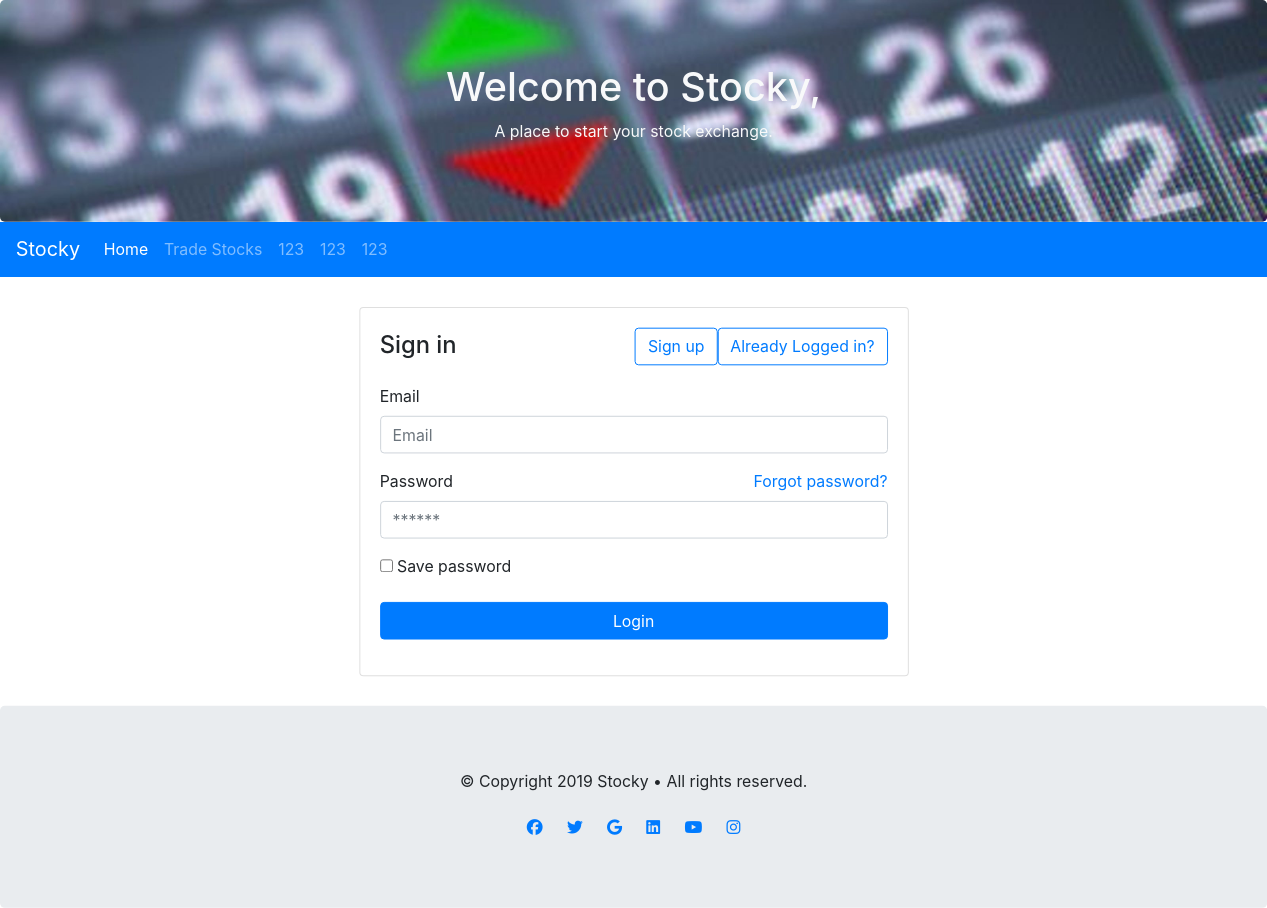
Repository: madfufuu/stocky
Page: http://localhost/stocky/
The author's editor kept a copy of each file at every save. The page is drawn from the files as they stood at one save, then again after the next save.
The browser window is 1280 px wide. The pictures show the whole page, at 99% of full size.
Some web libraries are served in a nearby version. The page is served by Tomcat 9. Nobody is signed in. The application's start-up code is not run. Other server files are loaded and not shown.

Above is the page before, as saved 2019-11-29 19:12:19.

### stocky-new-master/stocky/WebContent/index.jsp
<%@ page language="java" contentType="text/html; charset=UTF-8"
    pageEncoding="UTF-8"%>
<%@ page session="false" %>
<!DOCTYPE html>
<html lang="en">
<head>
	<!-- Required meta tags -->
    <meta charset="utf-8">
    <meta name="viewport" content="width=device-width, initial-scale=1, shrink-to-fit=no">

	<!-- Bootstrap CSS -->
	<link rel="stylesheet" href="https://stackpath.bootstrapcdn.com/bootstrap/4.3.1/css/bootstrap.min.css" integrity="sha384-ggOyR0iXCbMQv3Xipma34MD+dH/1fQ784/j6cY/iJTQUOhcWr7x9JvoRxT2MZw1T" crossorigin="anonymous">
	<link rel="stylesheet" type="text/css" href="./style.css">
	<link rel="stylesheet" href="https://cdnjs.cloudflare.com/ajax/libs/font-awesome/4.7.0/css/font-awesome.min.css">

	<title>Stocky</title>
</head>

<body>
	<div class="jumbotron text-center" style="margin-bottom:0" id="jumbotron-top">
  		<h1 class="text-light">Welcome to Stocky,</h1>
 		<p class="text-light">A place to start your stock exchange.</p>
	</div>

	<nav class="navbar navbar-expand-lg navbar-dark bg-primary sticky-top">
  		<a class="navbar-brand" href="index.jsp">Stocky</a>
  		<button class="navbar-toggler" type="button" data-toggle="collapse" data-target="#navbarSupportedContent" aria-controls="navbarSupportedContent" aria-expanded="false" aria-label="Toggle navigation">
    		<span class="navbar-toggler-icon"></span>
  		</button>

  		<div class="collapse navbar-collapse" id="navbarSupportedContent">
			<ul class="navbar-nav mr-auto">
				<li class="nav-item active">
					<a class="nav-link" href="index.jsp">Home<span class="sr-only">(current)</span></a>
				</li>

				<li class="nav-item">
					<a class="nav-link" href="#">Trade Stocks</a>
				</li>

				<li class="nav-item">
					<a class="nav-link" href="#">123</a>
				</li>

				<li class="nav-item">
					<a class="nav-link" href="#">123</a>
				</li>

				<li class="nav-item">
					<a class="nav-link" href="#">123</a>
				</li>

			</ul>

		</div>
	</nav>

	<form method="post" action="http://localhost:8180/webApplication/LoginCheck">
	<div class="container" style="margin-top:30px; margin-bottom:30px">
		<div class="row">
			<div class="col-sm-12 d-flex justify-content-center">


				<div id="signin-form-card" class="card">
					<article class="card-body">
						<a href="member.jsp" class="float-right btn btn-outline-primary">Already Logged in?</a>
						<a href="signup.jsp" class="float-right btn btn-outline-primary">Sign up</a>
						<h4 class="card-title mb-4 mt-1">Sign in</h4>

							<div class="form-group">
								<label>Email</label>
								<input name="email" class="form-control" placeholder="Email" type="email">
							</div> <!-- form-group// -->
							<div class="form-group">
								<a class="float-right" href="#">Forgot password?</a>
								<label>Password</label>
								<input class="form-control" placeholder="******" type="password" name="password">
							</div> <!-- form-group// -->
							<div class="form-group">
								<div class="checkbox">
									<label> <input type="checkbox"> Save password </label>
								</div> <!-- checkbox .// -->
							</div> <!-- form-group// -->
							<div class="form-group">
								<button type="submit" class="btn btn-primary btn-block" value="login"> Login  </button>
							</div> <!-- form-group// -->

					</article>
				</div> <!-- card.// -->
			</div>
		</div>
	</div>
	</form>

	<div class="jumbotron text-center" style="margin-bottom:0">
		<p>© Copyright 2019 Stocky • All rights reserved.</p>
		<div>
			<a href="#" class="fab fa-facebook"></a> <a href="#"
				class="fab fa-twitter"></a> <a href="#" class="fab fa-google"></a> <a
				href="#" class="fab fa-linkedin"></a> <a href="#"
				class="fab fa-youtube"></a> <a href="#" class="fab fa-instagram"></a>
		</div>
	</div>



	<!-- Optional JavaScript -->
    <!-- jQuery first, then Popper.js, then Bootstrap JS -->
	<script src="https://code.jquery.com/jquery-3.3.1.slim.min.js" integrity="sha384-q8i/X+965DzO0rT7abK41JStQIAqVgRVzpbzo5smXKp4YfRvH+8abtTE1Pi6jizo" crossorigin="anonymous"></script>
	<script src="https://cdnjs.cloudflare.com/ajax/libs/popper.js/1.14.7/umd/popper.min.js" integrity="sha384-UO2eT0CpHqdSJQ6hJty5KVphtPhzWj9WO1clHTMGa3JDZwrnQq4sF86dIHNDz0W1" crossorigin="anonymous"></script>
	<script src="https://stackpath.bootstrapcdn.com/bootstrap/4.3.1/js/bootstrap.min.js" integrity="sha384-JjSmVgyd0p3pXB1rRibZUAYoIIy6OrQ6VrjIEaFf/nJGzIxFDsf4x0xIM+B07jRM" crossorigin="anonymous"></script>
	<script src="https://kit.fontawesome.com/2b9f2b0ca1.js" crossorigin="anonymous"></script>
</body>
</html>

### stocky-new-master/stocky/WebContent/style.css
@charset "UTF-8";
#signin-form-card {
	width: 50%;
}

#signupForm{
	text-align: center;
	margin-top:  30px;
	margin-bottom:  30px;
}

#jumbotron-top {
  background-image: url("assets/jumbotron_bottom.jpg");
  background-size: cover;
}

.fa:hover {
    opacity: 0.7;
}

.fab {
	padding: 10px;
}

#logout-button {
	float: right;
	margin-top: 10px;
}

#addBankAccount-button {
	padding: 15px;
}

After the next save:
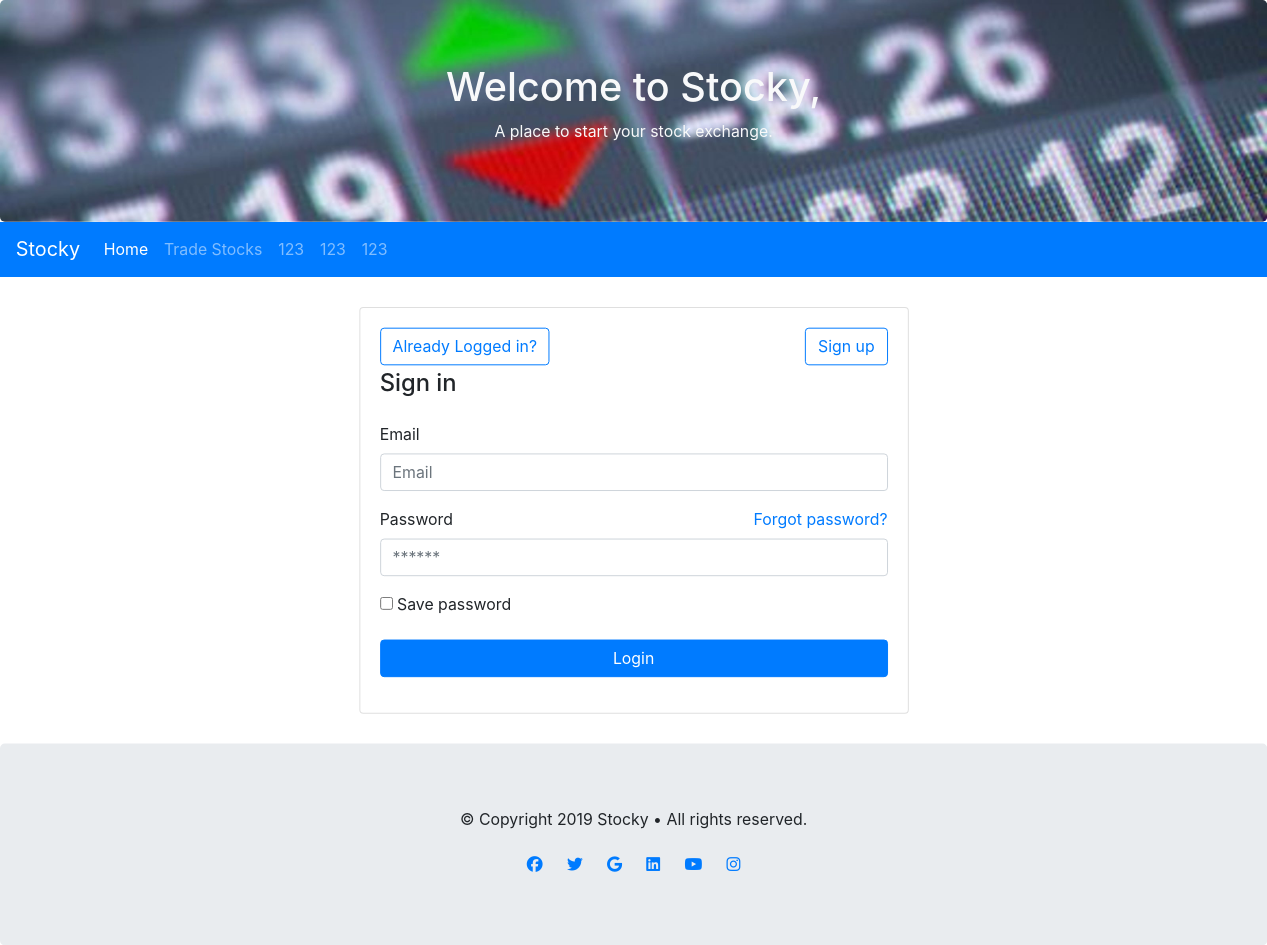
Saved 25 s later.
--- a/stocky-new-master/stocky/WebContent/index.jsp
+++ b/stocky-new-master/stocky/WebContent/index.jsp
@@ -63,7 +63,7 @@
 
 				<div id="signin-form-card" class="card">
 					<article class="card-body">
-						<a href="member.jsp" class="float-right btn btn-outline-primary">Already Logged in?</a>
+						<a href="member.jsp" class="btn btn-outline-primary">Already Logged in?</a>
 						<a href="signup.jsp" class="float-right btn btn-outline-primary">Sign up</a>
 						<h4 class="card-title mb-4 mt-1">Sign in</h4>
 
